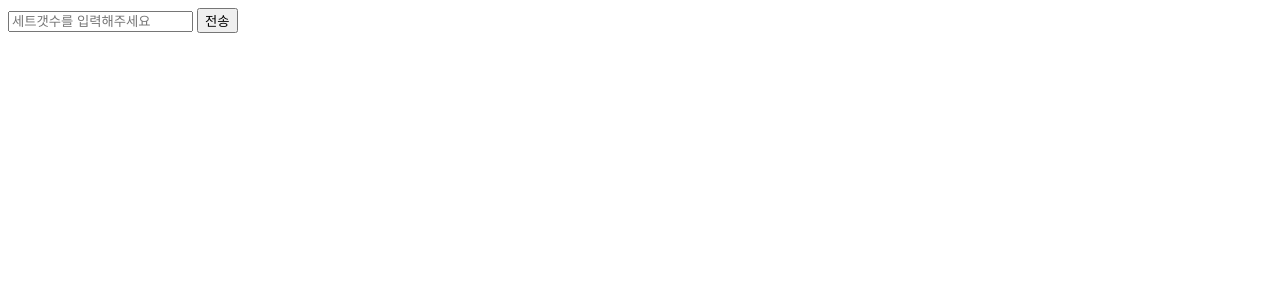
Repository: ceooyh/JSP
Page: http://localhost/step02/lotto.jsp
The author's editor kept a copy of each file at every save. The page is drawn from the files as they stood at one save, then again after the next save.
The browser window is 1280 px wide. The pictures show the whole page.
The page is served by Tomcat 9.

Above is the page before, as saved 2020-12-29 02:36:38.

After the next save:
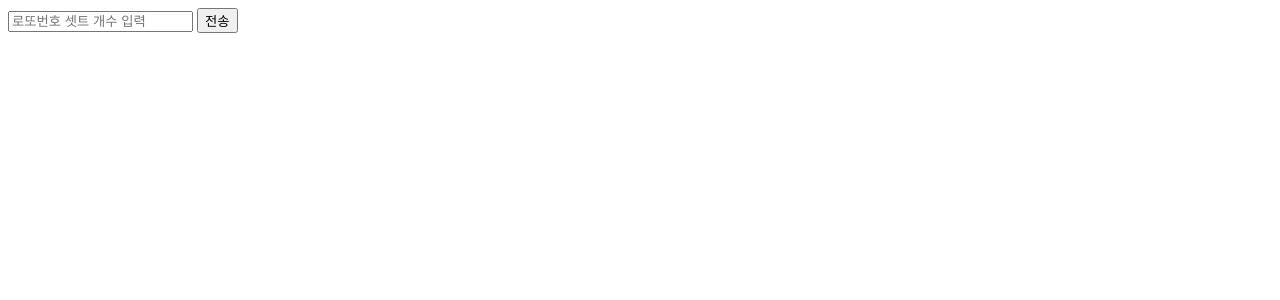
Saved 13 s later.
--- a/step02/WebContent/lotto.jsp
+++ b/step02/WebContent/lotto.jsp
@@ -7,8 +7,8 @@
 <title>Insert title here</title>
 </head>
 <body>
-	<form action="lotto_process.jsp">
-		<input type="text" name="set" placeholder="세트갯수를 입력해주세요">
+<form action="lotto_process.jsp">
+		<input type="text" name="ea" placeholder="로또번호 셋트 개수 입력">
 		<button>전송</button>
 	</form>
 </body>
